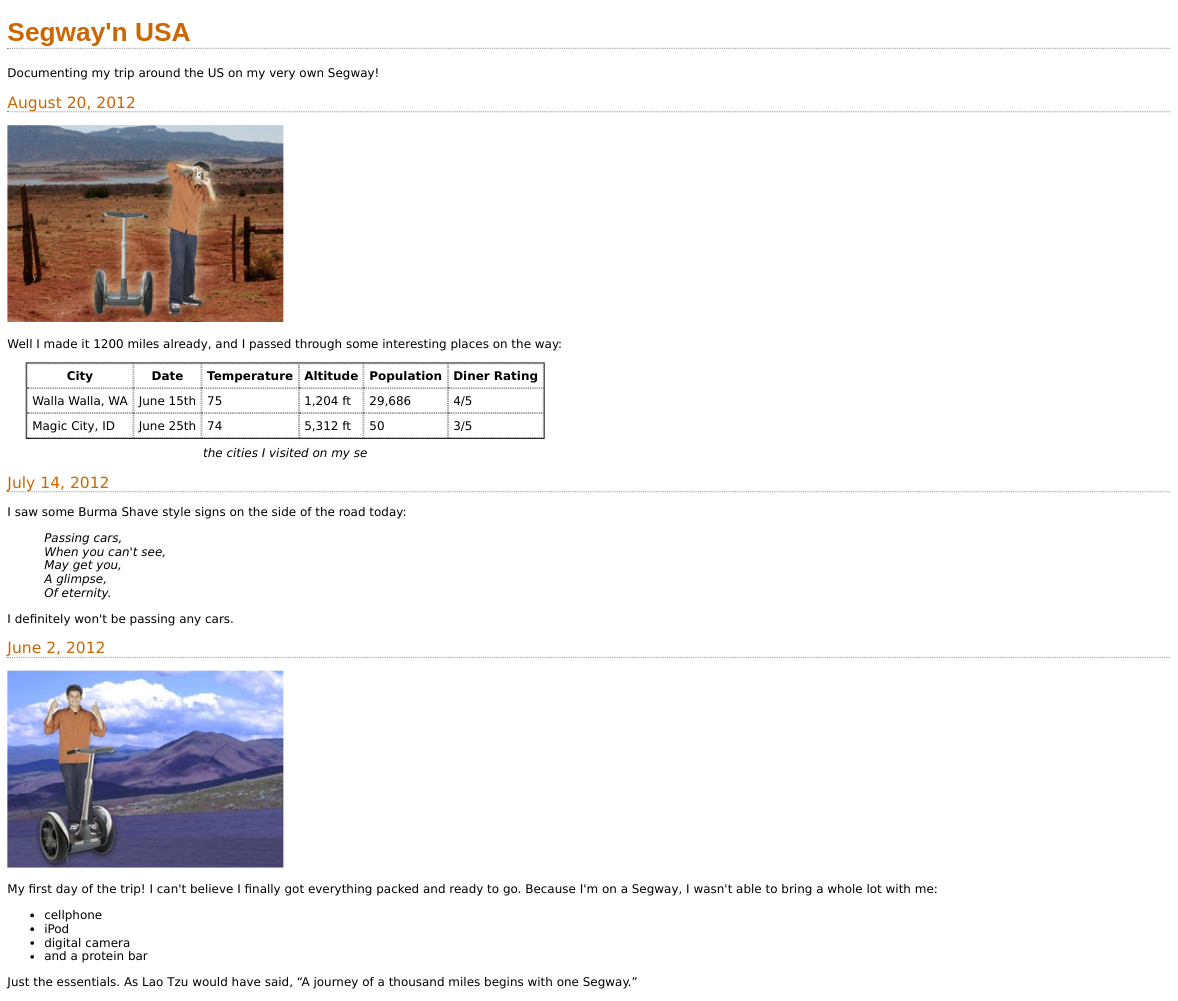
Repository: Dearning/head-first-html-css
Page: chapter13/journal/journal.html
An editor plug-in stored every save of this project. The page is shown before and after the next save, followed by the edit.
The browser window is 1280 px wide. The pictures show the whole page, at 92% of full size.
Some web fonts or font styles are not loaded; a fallback is used.

Above is the page before, as saved 2021-09-29 11:54:00.

### chapter13/journal/journal.html
<!DOCTYPE html>
<html>
  <head>
    <meta charset="utf-8">
    <title>My Trip Around the USA on a Segway</title>
    <link type="text/css" rel="stylesheet" href="journal.css">
  </head>
  <body>

    <h1>Segway'n USA</h1>
    <p>
      Documenting my trip around the US on my very own Segway!
    </p>

    <h2>August 20, 2012</h2>
    <p><img src="images/segway2.jpg" alt="Me any my Segway in New Mexico"></p>
    <p>
      Well I made it 1200 miles already, and I passed
      through some interesting places on the way:
    </p>
    <table>
      <caption>
        the cities I visited on my se
      </caption>
      <tr>
        <th>City</th>
        <th>Date</thshengdu >
        <th>Temperature</th>
        <th>Altitude</th>
        <th>Population</th>
        <th>Diner Rating</th>
      </tr>
      <tr>
        <td>Walla Walla, WA</td>
        <td>June 15th</td>
        <td>75</td>
        <td>1,204 ft</td>
        <td>29,686</td>
        <td>4/5</td>
      </tr>
      <tr>
        <td>Magic City, ID</td>
        <td>June 25th</td>
        <td>74</td>
        <td>5,312 ft</td>
        <td>50</td>
        <td>3/5</td>
      </tr>
    </table>

    <h2>July 14, 2012</h2>
    <p>
      I saw some Burma Shave style signs on the side of the
      road today:
    </p>
    <blockquote>
      <p>
      Passing cars, <br>
      When you can't see, <br>
      May get you, <br>
      A glimpse, <br>
      Of eternity. <br>
      </p>
    </blockquote>
    <p>
      I definitely won't be passing any cars.
    </p>

    <h2>June 2, 2012</h2>
    <p><img src="images/segway1.jpg" alt="The first day of the trip"></p>
    <p>
      My first day of the trip!  I can't believe I finally got
      everything packed and ready to go.  Because I'm on a Segway,
      I wasn't able to bring a whole lot with me:
    </p>
    <ul>
      <li>cellphone</li>
      <li>iPod</li>
      <li>digital camera</li>
      <li>and a protein bar</li>
    </ul>
    <p>
       Just the essentials.  As
      Lao Tzu would have said, <q>A journey of a
      thousand miles begins with one Segway.</q>
    </p>
<!--
	<p>
	  To do list:
	</p>
	<ul>
	  <li>Charge Segway</li>
	  <li>Pack for trip
		<ul>
		<li>cellphone</li>
		<li>iPod</li>
		<li>digital camera</li>
		<li>a protein bar</li>
		</ul>
	  </li>
	</ul>
-->
  </body>
</html>

### chapter13/journal/journal.css
@font-face {
	font-family: "Emblema One";
	src: url("http://wickedlysmart.com/hfhtmlcss/chapter8/journal/EmblemaOne-Regular.woff"),
	     url("http://wickedlysmart.com/hfhtmlcss/chapter8/journal/EmblemaOne-Regular.ttf");
}
body {
  font-family:     Verdana, Geneva, Arial, sans-serif;
  font-size:       small;
}
h1, h2 {
  color:           #cc6600;
  border-bottom:   thin dotted #888888;
}
h1 {
  font-family:     "Emblema One", sans-serif;
  font-size:       220%;
}
h2 {
  font-size:       130%;
  font-weight:     normal;
}
blockquote {
  font-style:      italic;
}
table{
  margin-left: 20px;
  margin-right: 20px;
  border: thin solid black;
  caption-side: bottom;
  border-spacing: 0px;
}
td, th{
  border: thin dotted gray;
  padding: 5px;
}
caption{
  font-style: italic;
  padding-top: 8px;
}

After the next save:
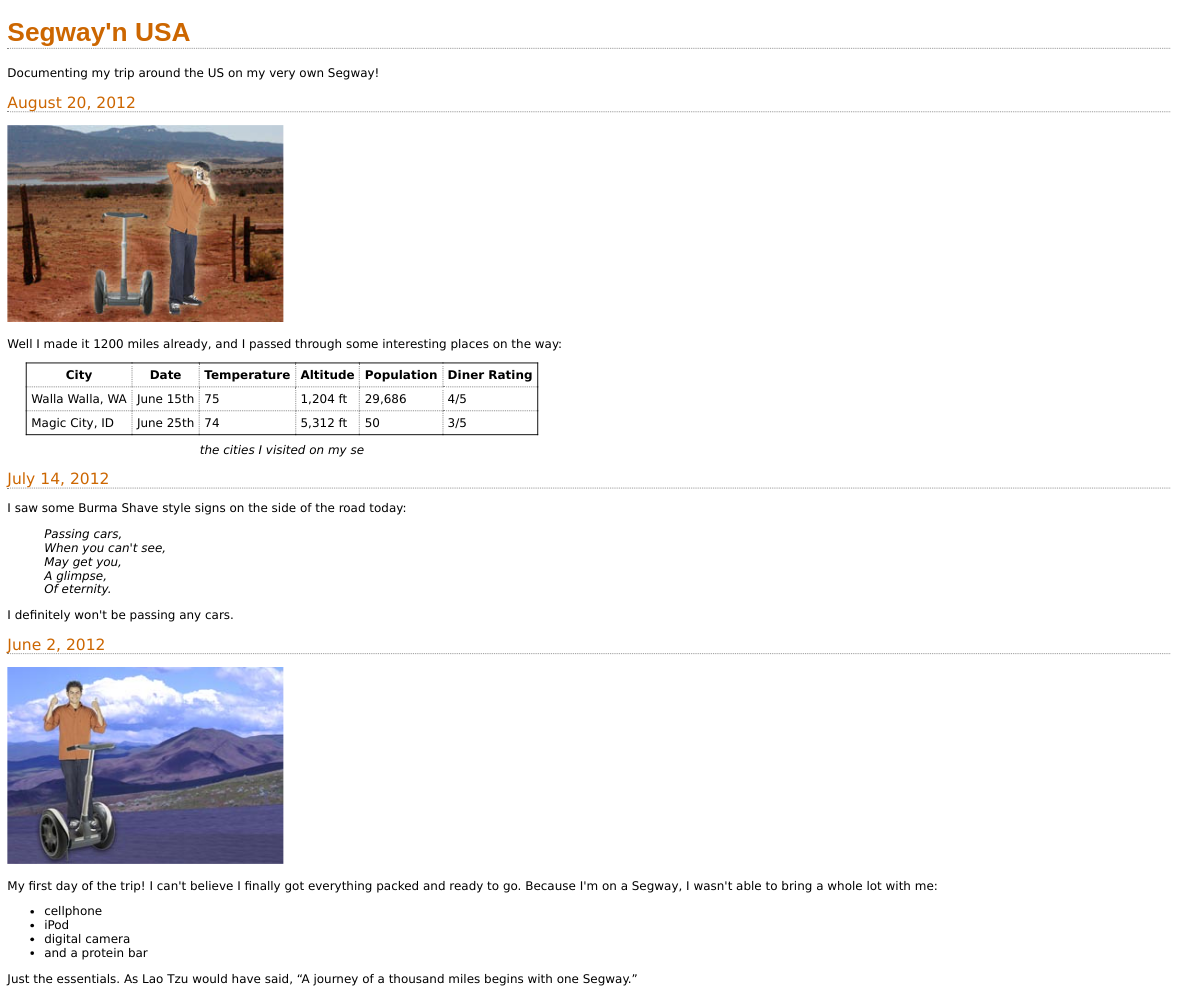
Saved 42 s later.
--- a/chapter13/journal/journal.css
+++ b/chapter13/journal/journal.css
@@ -27,7 +27,8 @@
   margin-right: 20px;
   border: thin solid black;
   caption-side: bottom;
-  border-spacing: 0px;
+  /* border-spacing: 0px; */
+  border-collapse: collapse;
 }
 td, th{
   border: thin dotted gray;
